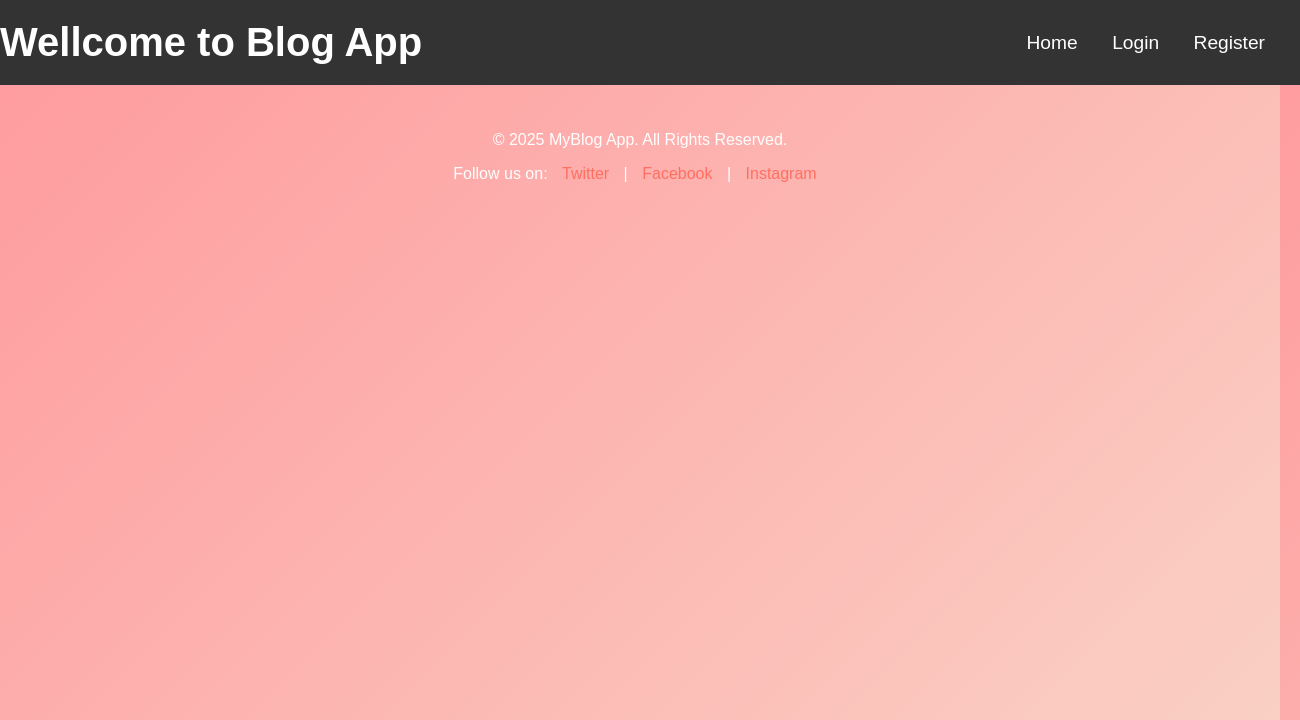
Repository: kapucuonur/blog_App
Page: posts/templates/posts/base.html
The author's editor kept a copy of each file at every save. The page is drawn from the files as they stood at one save, then again after the next save.
The browser window is 1280 px wide. The page is 1300 px wide, so the pictures cover 1300 px, including what lies to the right of the window. The pictures show the whole page.
The template is drawn by Django 4.2. The application's start-up code is not run. Other server files are loaded and not shown. The template is opened directly, without the code that normally fills it, so the values that code supplies are empty.

Above is the page before, as saved 2025-01-28 15:37:11.

### posts/templates/posts/base.html
{% load static %}
<!DOCTYPE html>
<html lang="en">
<head>
    <meta charset="UTF-8">
    <meta name="viewport" content="width=device-width, initial-scale=1.0">
    <title>Blog App</title>
    <link rel="stylesheet" href="https://fonts.googleapis.com/css2?family=Roboto:wght@400;700&display=swap">
    <link rel="stylesheet" href="https://cdnjs.cloudflare.com/ajax/libs/font-awesome/5.15.3/css/all.min.css">
    <link rel="stylesheet" href="{% static 'css/styles.css' %}">
</head>
<body>
    <header>
        <h1> Wellcome to Blog App</h1>
        <nav>
            <a href="{% url 'index' %}">Home</a>
            {% if user.is_authenticated %}
                <a href="{% url 'logout' %}">Logout</a>
            {% else %}
                <a href="{% url 'login' %}">Login</a>
                <a href="{% url 'register' %}">Register</a>
            {% endif %}
        </nav>
    </header>


    <main>
        {% block content %}
        {% endblock %}
    </main>
    <script src="{% static 'js/main.js' %}"></script>
</body>
<footer>
    <p>&copy; 2025 MyBlog App. All Rights Reserved.</p>
    <p>Follow us on:
        <a href="https://twitter.com" target="_blank">Twitter</a> |
        <a href="https://facebook.com" target="_blank">Facebook</a> |
        <a href="https://instagram.com" target="_blank">Instagram</a>
    </p>
</footer>
</html>

### static/css/styles.css
/* General styling */
body {
    font-family: Arial, sans-serif;
    margin: 0;
    padding: 0;
    display: flex;
    flex-direction: column;
    align-items: center;
    justify-content: flex-start;
    height: 100vh;
    background: linear-gradient(135deg, #ff9a9e, #fad0c4);
    animation: backgroundMove 5s infinite alternate;
    box-sizing: border-box;
}

@keyframes backgroundMove {
    from {
        background-position: 0% 50%;
    }
    to {
        background-position: 100% 50%;
    }
}

/* Header and Navigation */
header {
    width: 100%;
    background-color: #333;
    color: white;
    padding: 20px;
    display: flex;
    justify-content: space-between;
    align-items: center;
}

header h1 {
    margin: 0;
    font-size: 2.5rem;
}

nav a {
    color: white;
    margin: 0 15px;
    text-decoration: none;
    font-size: 1.2rem;
    transition: color 0.3s ease;
}

nav a:hover {
    color: #ff6f61;
}

/* Welcome message styling */
.welcome-message {
    text-align: center;
    margin-top: 30px;
    color: #444;
}

.welcome-message h2 {
    font-size: 2rem;
    color: #333;
}

.welcome-message p {
    font-size: 1.2rem;
    color: #555;
}

/* Posts container */
.posts-container {
    display: flex;
    justify-content: center;
    margin-top: 30px;
}

.posts {
    width: 70%;
    max-width: 800px;
}

.post {
    background-color: #fff;
    padding: 20px;
    margin-bottom: 20px;
    border-radius: 10px;
    box-shadow: 0 4px 15px rgba(0, 0, 0, 0.1);
}

.post h4 {
    margin: 0;
    font-size: 1.5rem;
    color: #333;
}

.post p {
    font-size: 1.2rem;
    color: #555;
}

.author {
    font-size: 1rem;
    color: #777;
    margin-top: 10px;
    font-style: italic;
}
.posts-list {
    display: flex;
    flex-wrap: wrap;
    gap: 20px;
    justify-content: center;
    border-radius: 1px;
}

.post-preview {
    background-color: #f9f9f9;
    padding: 15px;
    width: 300px; /* Adjust the width of each post */
    border: 1px solid #ddd;
    border-radius: 8px;
    box-shadow: 0 2px 5px rgba(0, 0, 0, 0.1);
}

.post-preview h3 a {
    text-decoration: none;
    color: #333;
    font-size: 1.25em;
}

.post-preview a {
    color: #007bff;
    text-decoration: none;
}

.post-preview a:hover {
    text-decoration: underline;
}

.post-preview p {
    font-size: 1em;
    color: #555;
}

.post-preview small {
    color: #888;
    font-size: 0.85em;
}

/* Form styling */
form {
    background: #fff;
    padding: 30px;
    border-radius: 10px;
    box-shadow: 0 4px 15px rgba(0, 0, 0, 0.1);
    width: 300px;
    animation: slideDown 0.6s ease-in-out;
}

/* Heading inside the form */
form h2 {
    margin-bottom: 20px;
    color: #444;
    text-align: center;
    animation: fadeIn 1s ease-in-out;
}

/* Input styling */
form input {
    width: 100%;
    padding: 12px;
    margin-bottom: 20px;
    border: 1px solid #ccc;
    border-radius: 5px;
    font-size: 16px;
    box-shadow: inset 0 2px 5px rgba(0, 0, 0, 0.1);
    transition: border-color 0.3s ease, box-shadow 0.3s ease;
}

form input:focus {
    border-color: #ff6f61;
    box-shadow: 0 0 8px rgba(255, 111, 97, 0.5);
    outline: none;
}

/* Button styling */
form button {
    width: 100%;
    padding: 12px;
    background: #ff6f61;
    color: white;
    border: none;
    border-radius: 5px;
    font-size: 16px;
    font-weight: bold;
    cursor: pointer;
    transition: background 0.3s ease, transform 0.2s ease;
}

form button:hover {
    background: #e64c3c;
    transform: translateY(-2px);
}

/* Link styling */
form a {
    display: block;
    text-align: center;
    margin-top: 15px;
    text-decoration: none;
    color: #555;
    font-size: 14px;
    transition: color 0.3s ease;
}

form a:hover {
    color: #ff6f61;
}

/* Animations */
@keyframes slideDown {
    from {
        opacity: 0;
        transform: translateY(-20px);
    }
    to {
        opacity: 1;
        transform: translateY(0);
    }
}

@keyframes fadeIn {
    from {
        opacity: 0;
    }
    to {
        opacity: 1;
    }
}
/* Footer styling */
footer {
    width: 100%;
    height: 50px;
    color: white;
    padding: 30px 0;
    text-align: center;
    font-size: 1rem;
    position: relative;
    bottom: 0;
    left: 0;
}

/* Footer links styling */
footer a {
    color: #ff6f61;
    text-decoration: none;
    margin: 0 10px;
    transition: color 0.3s ease;
}

/* Footer links hover effect */
footer a:hover {
    color: white;
}

/* Post Slider */
.post-slider {
    position: relative;
    width: 100%;
    max-width: 800px;
    margin: auto;
    overflow: hidden;
}

.slider-container {
    display: flex;
    transition: transform 0.5s ease-in-out;
}

.post-slide {
    min-width: 100%;
    box-sizing: border-box;
    padding: 20px;
    text-align: center;
    background-color: #f4f4f4;
    border: 1px solid #ddd;
}

button {
    position: absolute;
    top: 50%;
    transform: translateY(-50%);
    background-color: rgba(0, 0, 0, 0.5);
    color: white;
    border: none;
    font-size: 20px;
    padding: 10px;
    cursor: pointer;
}

.prev {
    left: 10px;
}

.next {
    right: 10px;
}

button:hover {
    background-color: rgba(0, 0, 0, 0.8);
}

### static/js/main.js
// main.js
document.addEventListener('DOMContentLoaded', function() {
    const readMoreLinks = document.querySelectorAll('.read-more');

    readMoreLinks.forEach(function(link) {
        link.addEventListener('click', function() {
            const contentFull = this.parentElement.querySelector('.content-full');
            contentFull.style.display = (contentFull.style.display === 'none') ? 'block' : 'none';
        });
    });
});

After the next save:
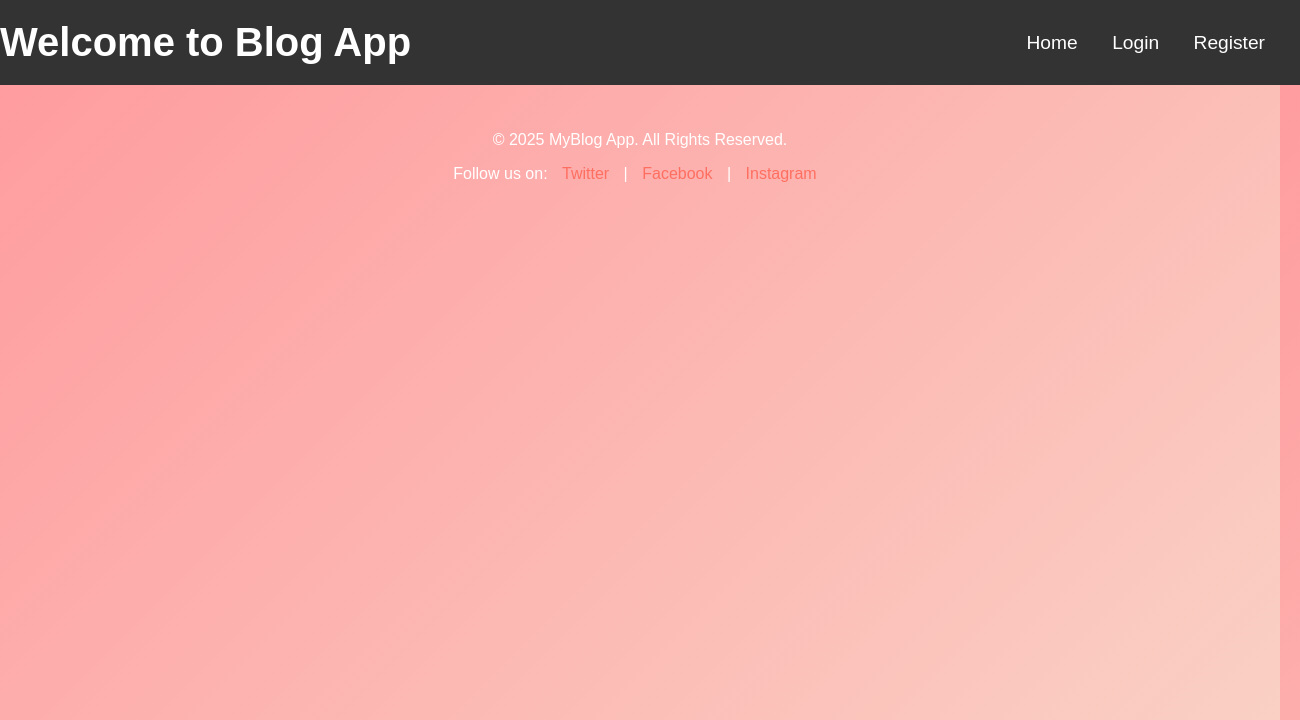
Saved 14 min 46 s later.
--- a/posts/templates/posts/base.html
+++ b/posts/templates/posts/base.html
@@ -11,7 +11,7 @@
 </head>
 <body>
     <header>
-        <h1> Wellcome to Blog App</h1>
+        <h1>Welcome to Blog App</h1>
         <nav>
             <a href="{% url 'index' %}">Home</a>
             {% if user.is_authenticated %}
@@ -23,19 +23,20 @@
         </nav>
     </header>
 
-
     <main>
         {% block content %}
         {% endblock %}
     </main>
+
+    <footer>
+        <p>&copy; 2025 MyBlog App. All Rights Reserved.</p>
+        <p>Follow us on:
+            <a href="https://twitter.com" target="_blank">Twitter</a> |
+            <a href="https://facebook.com" target="_blank">Facebook</a> |
+            <a href="https://instagram.com" target="_blank">Instagram</a>
+        </p>
+    </footer>
+
     <script src="{% static 'js/main.js' %}"></script>
 </body>
-<footer>
-    <p>&copy; 2025 MyBlog App. All Rights Reserved.</p>
-    <p>Follow us on:
-        <a href="https://twitter.com" target="_blank">Twitter</a> |
-        <a href="https://facebook.com" target="_blank">Facebook</a> |
-        <a href="https://instagram.com" target="_blank">Instagram</a>
-    </p>
-</footer>
 </html>
